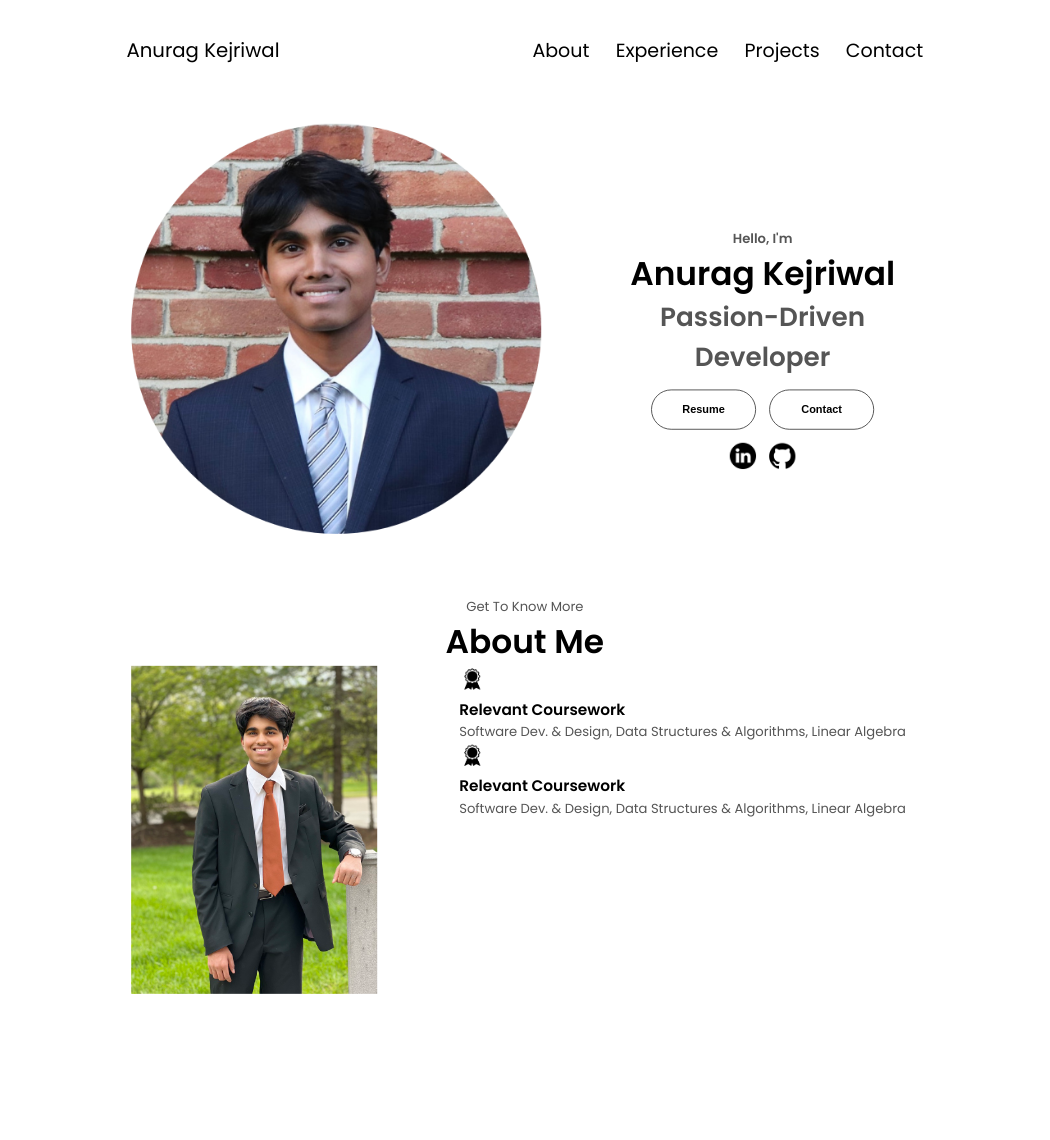
Repository: anuragkej/OldPortfolio
Page: index.html
An editor plug-in stored every save of this project. The page is shown before and after the next save, followed by the edit.
The browser window is 1280 px wide. The pictures show the whole page, at 82% of full size.

Above is the page before, as saved 2024-05-26 04:34:41.

### index.html
<!DOCTYPE html>
<html lang="en">
<head>
    <meta charset="UTF-8">
    <meta name="viewport" content="width=device-width, initial-scale=1.0">
    <title>Personal Portfolio</title>
    <link rel="stylesheet" href="style.css">
    <link rel="stylesheet" href="mediaqueries.css">
</head>
<body>
    <nav id="desktop-nav">
        <div class="logo">Anurag Kejriwal</div>
        <div>
            <ul class="nav-links">
                <li><a href="#about">About</a></li>
                <li><a href="#experience">Experience</a></li>
                <li><a href="#projects">Projects</a></li>
                <li><a href="#contact">Contact</a></li>
            </ul>
        </div>
    </nav>
    <nav id="hamburger-nav">
        <div class="logo">Anurag Kejriwal</div>
        <div class="hamburger-menu">
            <div class="hamburger-icon" onclick="toggleMenu()">
                <span></span>
                <span></span>
                <span></span>
            </div>
            <div class="menu-links">
                <li><a href="#about" onclick="toggleMenu()" >About</a></li>
                <li><a href="#experience" onclick="toggleMenu()">Experience</a></li>
                <li><a href="#projects" onclick="toggleMenu()">Projects</a></li>
                <li><a href="#contact" onclick="toggleMenu()">Contact</a></li>
            </div>
        </div>
    </nav>
    <section id="profile">
        <div class="section_pic-container">
            <img src="./assets/anuragprofpic.png" alt="Anurag Kejriwal profile picture">
        </div>
        <div class="section__text">
            <p class="section__text__p1">Hello, I'm</p>
            <h1 class="title">Anurag Kejriwal</h1>
            <p class="section__text__p2">Passion-Driven Developer</p>
            <div class="btn-container">
                <button class="btn btn-color-2"
                onclick="window.open('./assets/AnuragKejriwalResume_2026.pdf')">Resume</button>
                <button class="btn btn-color-1"
                onclick="location.href='./#contact'">Contact</button>
            </div>
            <div id="socials-container">
                <img src="./assets/linkedin.png" alt="My LinkedIn Profile"
                class ="icon" onclick="location.href='https://linkedin.com/in/anuragkejriwal1/'">
                <img src="./assets/github.png" alt="My Github Profile"
                class ="icon" onclick="location.href='https://github.com/anuragkej'">
            </div>
        </div>
    </section>
    <section id="about">
        <p class="section__text__p1">Get To Know More</p>
        <h1 class="title">About Me</h1>
        <div class="section-container">
        <div class="section__pic-container">
            <img src="./assets/E4CC9343-5963-4651-9569-35505B2238C1_1_105_c.jpeg" alt="Profile Picture" class="about-pic"/>
        </div>
        <div class="about-details-container">
            <div class="about-containers">
                <div class="details-container">
                    <img src="./assets/experience.png" alt="Experience icon" class="icon"/>
                    <h3>Relevant Coursework</h3>
                    <p>Software Dev. & Design, Data Structures & Algorithms, Linear Algebra</p>
                </div>
                <div class="details-container"></div>
                <img src="./assets/experience.png" alt="Experience icon" class="icon"/>
                    <h3>Relevant Coursework</h3>
                    <p>Software Dev. & Design, Data Structures & Algorithms, Linear Algebra</p>
            </div>
        </div>
        </div>
    </section>
    <script src="script.js"></script>

</body>
</html>

### style.css
/* General */

@import url('https://fonts.googleapis.com/css2?family=Poppins:wght@300;400;500;600&display=swap');
*{
    margin: 0;
    padding: 0;
}

body{
    font-family: "Poppins", sans-serif;
}

html{
    scroll-behavior: smooth;
}

p{
    color: rgb(85, 85, 85);
}

/* Transition */
/* all the links, with button*/

a,
.btn{
    transition: all 300ms ease;
}

/*Desktop navigation */

nav, .nav-links {
    display: flex;
}

nav{
    justify-content: space-around;
    align-items: center;
    height: 17vh;
}

.nav-links{
    gap: 2rem;
    list-style: none;
    font-size: 1.45rem;
}

a{
    color: black;
    text-decoration: none;
    text-decoration-color: white;

}

a:hover{
    color: grey;
    text-decoration: underline;
    text-underline-offset: 0.7rem;
    text-decoration-color: rgb(181, 181, 181);
}

.logo{
    font-size: 1.5rem
}

.logo:hover{
    cursor:default;
}

/*Hamburger menu */

#hamburger-nav{
    display: none;
}

.hamburger-menu{
    position: relative;
    display: inline-block;
}

.hamburger-icon{
    display: flex;
    flex-direction: column;
    justify-content: space-between;
    height: 24px;
    width: 30px;
    cursor: pointer;
}

.hamburger-icon span{
    width: 100%;
    height: 2px;
    background-color: black;
    transition: all 0.3 ease-in-out;
}

.menu-links{
    position: absolute;
    top: 100%;
    right: 0%;
    background-color: white;
    width: fit-content;
    max-height: 0;
    overflow: hidden;
    transition: all 0.3 ease-in-out;
}

.menu-links a{
    display: block;
    padding: 10px;
    text-align: center;
    font-size: 1.5rem;
    color:black;
    text-decoration: none;
    transition: all 0.3 ease-in-out;

}

.menu-links li{
    list-style: none;
}

.menu-links.open{
    max-height: 300px;
}

.hamburger-icon.open span:first-child{
    transform: rotate(45deg) translate(10px, 5px);
}
.hamburger-icon.open span:nth-child(2){
    opacity: 0;
}
.hamburger-icon.open span:last-child{
    transform: rotate(-45deg) translate(10px, -5px);
}

.hamburger-icon span:first-child{
    transform: none;
}
.hamburger-icon span:first-child{
    opacity: 1;
}
.hamburger-icon span:first-child{
    transform: none;
}

/*Sections*/

section{
    padding-top: 4vh;
    height: 96vh;
    margin: 0 10rem;
    box-sizing: border-box;
    min-height: fit-content;
}

.section-container{
    display: flex;
}

/*Profile Section*/

#profile {
    display: flex;
    justify-content: center;
    gap: 5rem;
    height: 80vh;
}

.section__pic-container{
    display: flex;
    height: 400px;
    width: 400px;
    margin: auto 0;
}

.section__text{
    align-self: center;
    text-align: center;

}

.section__text p{
    font-weight: 600;
}

.section__text__p1{
    text-align: center;
}
.section__text__p2{
    font-size: 2rem;
    margin-bottom: 1rem;
}

.title{
    font-size: 2.5rem;
    text-align: center;
}

#socials-container{
    display: flex;
    justify-content: center;
    margin-top: 1rem;
    gap: 1rem;
}

/*Icon*/

.icon{
    cursor: pointer;
    height: 2rem;
}

/*Buttons*/

.btn-container{
    display: flex;
    justify-content: center;
    gap: 1rem;

}

.btn{
    font-weight: 600;
    transition: all 300ms ease;
    padding: 1rem;
    width: 8rem;
    border-radius: 2rem;
}

.btn-color-1, .btn-color-2{
    border: rgb(53,53,53) 0.1rem solid;
}

.btn-color-1:hover, .btn-color-2:hover{
    cursor: pointer;
}


.btn-color-1:hover, .btn-color-2:hover{
    background: rgb(42, 42, 42);
    color: white;
}

.btn-color-2, .btn-color-1 {
    background: none;
}

.btn-color-2:hover{
    border: rgb(255,255,255) 0.3rem solid;
}


.btn-color-1:hover{
    border: rgb(255,255,255) 0.3rem solid;
}

.btn-container {
    gap: 1rem;
}
/* General */

@import url('https://fonts.googleapis.com/css2?family=Poppins:wght@300;400;500;600&display=swap');
*{
    margin: 0;
    padding: 0;
}

body{
    font-family: "Poppins", sans-serif;
}

html{
    scroll-behavior: smooth;
}

p{
    color: rgb(85, 85, 85);
}

/* Transition */
/* all the links, with button*/

a,
.btn{
    transition: all 300ms ease;
}

/*Desktop navigation */

nav, .nav-links {
    display: flex;
}

nav{
    justify-content: space-around;
    align-items: center;
    height: 17vh;
}

.nav-links{
    gap: 2rem;
    list-style: none;
    font-size: 1.45rem;
}

a{
    color: black;
    text-decoration: none;
    text-decoration-color: white;

}

a:hover{
    color: grey;
    text-decoration: underline;
    text-underline-offset: 0.7rem;
    text-decoration-color: rgb(181, 181, 181);
}

.logo{
    font-size: 1.5rem
}

.logo:hover{
    cursor:default;
}

/*Hamburger menu */

#hamburger-nav{
    display: none;
}

.hamburger-menu{
    position: relative;
    display: inline-block;
}

.hamburger-icon{
    display: flex;
    flex-direction: column;
    justify-content: space-between;
    height: 24px;
    width: 30px;
    cursor: pointer;
}

.hamburger-icon span{
    width: 100%;
    height: 2px;
    background-color: black;
    transition: all 0.3 ease-in-out;
}

.menu-links{
    position: absolute;
    top: 100%;
    right: 0%;
    background-color: white;
    width: fit-content;
    max-height: 0;
    overflow: hidden;
    transition: all 0.3 ease-in-out;
}

.menu-links a{
    display: block;
    padding: 10px;
    text-align: center;
    font-size: 1.5rem;
    color:black;
    text-decoration: none;
    transition: all 0.3 ease-in-out;

}

.menu-links li{
    list-style: none;
}

.menu-links.open{
    max-height: 300px;
}

.hamburger-icon.open span:first-child{
    transform: rotate(45deg) translate(10px, 5px);
}
.hamburger-icon.open span:nth-child(2){
    opacity: 0;
}
.hamburger-icon.open span:last-child{
    transform: rotate(-45deg) translate(10px, -5px);
}

.hamburger-icon span:first-child{
    transform: none;
}
.hamburger-icon span:first-child{
    opacity: 1;
}
.hamburger-icon span:first-child{
    transform: none;
}

/*Sections*/

section{
    padding-top: 4vh;
    height: 96vh;
    margin: 0 10rem;
    box-sizing: border-box;
    min-height: fit-content;
}

.section-container{
    display: flex;
}

/*Profile Section*/

#profile {
    display: flex;
    justify-content: center;
    gap: 5rem;
    height: 80vh;
}

.section__pic-container{
    display: flex;
    height: 400px;
    width: 400px;
    margin: auto 0;
}

.section__text{
    align-self: center;
    text-align: center;

}

.section__text p{
    font-weight: 600;
}

.section__text__p1{
    text-align: center;
}
.section__text__p2{
    font-size: 2rem;
    margin-bottom: 1rem;
}

.title{
    font-size: 2.5rem;
    text-align: center;
}

#socials-container{
    display: flex;
    justify-content: center;
    margin-top: 1rem;
    gap: 1rem;
}

/*Icon*/

.icon{
    cursor: pointer;
    height: 2rem;
}

/*Buttons*/

.btn-container{
    display: flex;
    justify-content: center;
    gap: 1rem;

}

.btn{
    font-weight: 600;
    transition: all 300ms ease;
    padding: 1rem;
    width: 8rem;
    border-radius: 2rem;
}

.btn-color-1, .btn-color-2{
    border: rgb(53,53,53) 0.1rem solid;
}

.btn-color-1:hover, .btn-color-2:hover{
    cursor: pointer;
}


.btn-color-1:hover, .btn-color-2:hover{
    background: rgb(42, 42, 42);
    color: white;
}

.btn-color-2, .btn-color-1 {
    background: none;
}

.btn-color-2:hover{
    border: rgb(255,255,255) 0.3rem solid;
}


.btn-color-1:hover{
    border: rgb(255,255,255) 0.3rem solid;
}

.btn-container {
    gap: 1rem;
}

### mediaqueries.css
@media screen and (max-width: 1200px) {
    #desktop-nav {
        display: none;
    }
    #hamburger-nav{
        display: flex;
    }
}

### script.js
function toggleMenu(){
    const menu = document.querySelector(".menu-links");
    const icon = document.querySelector(".hamburger-icon");
    menu.classList.toggle("open");
    icon.classList.toggle("open");
}
function toggleMenu(){
    const menu = document.querySelector(".menu-links");
    const icon = document.querySelector(".hamburger-icon");
    menu.classList.toggle("open");
    icon.classList.toggle("open");
}

After the next save:
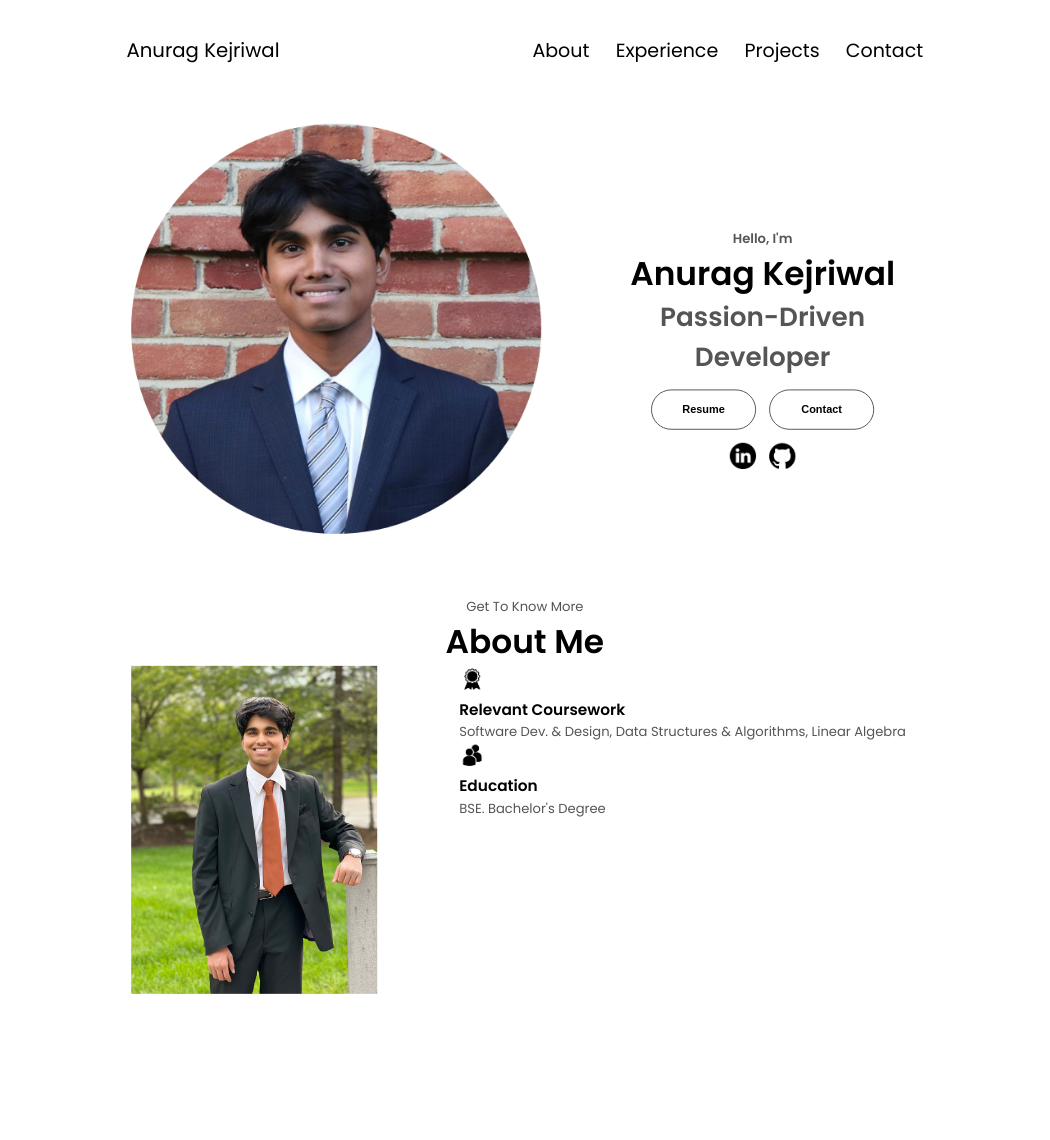
Saved 56 s later.
--- a/index.html
+++ b/index.html
@@ -72,9 +72,9 @@
                     <p>Software Dev. & Design, Data Structures & Algorithms, Linear Algebra</p>
                 </div>
                 <div class="details-container"></div>
-                <img src="./assets/experience.png" alt="Experience icon" class="icon"/>
-                    <h3>Relevant Coursework</h3>
-                    <p>Software Dev. & Design, Data Structures & Algorithms, Linear Algebra</p>
+                <img src="./assets/education.png" alt="Education icon" class="icon"/>
+                    <h3>Education</h3>
+                    <p>BSE. Bachelor's Degree</p>
             </div>
         </div>
         </div>
